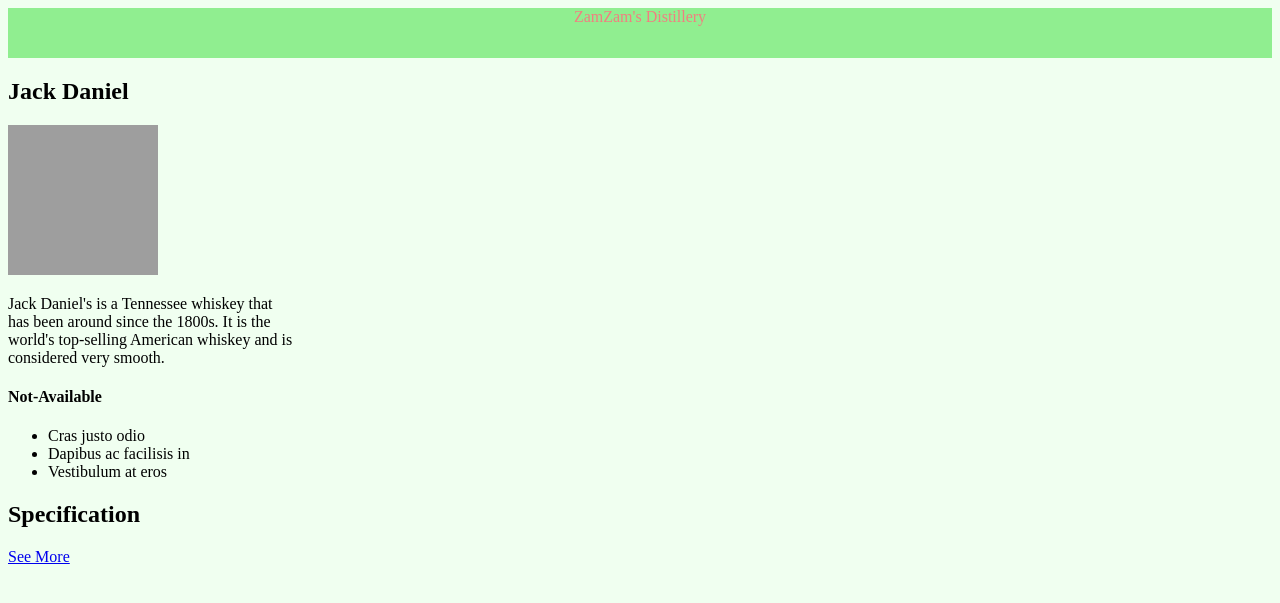
Repository: ZamlZam/REPO-11
Page: product-cards/index.html
The author's editor kept a copy of each file at every save. The page is drawn from the files as they stood at one save, then again after a run of saves.
The browser window is 1280 px wide. The pictures show the whole page.
Pictures or frames that could not be fetched are drawn as grey boxes.

Above is the page before, as saved 2023-04-13 13:28:20.

After the next 2 saves:
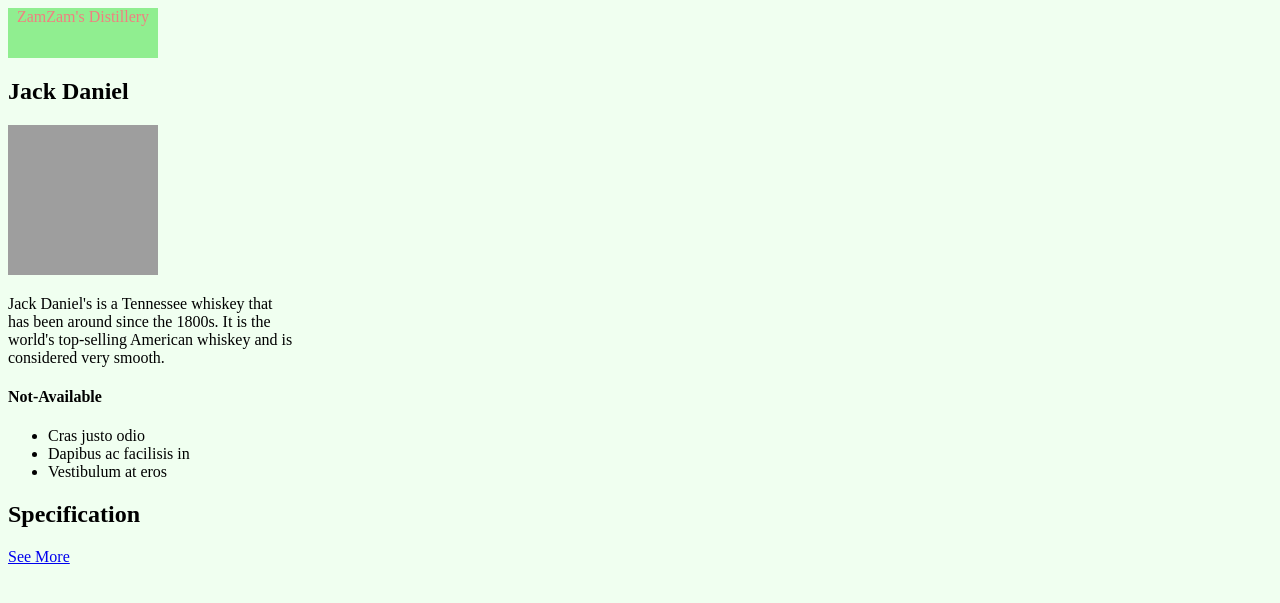
The 2 saves are shown as one change because they came seconds apart.
The last was saved 40 s later.
--- a/product-cards/main.css
+++ b/product-cards/main.css
@@ -3,7 +3,7 @@
 }
 
 .wrapper .header {
-  width: 100%;
+  width: 150px;
   height: 50px;
   background: lightgreen;
   color: lightcoral;

After the 4 saves that followed:
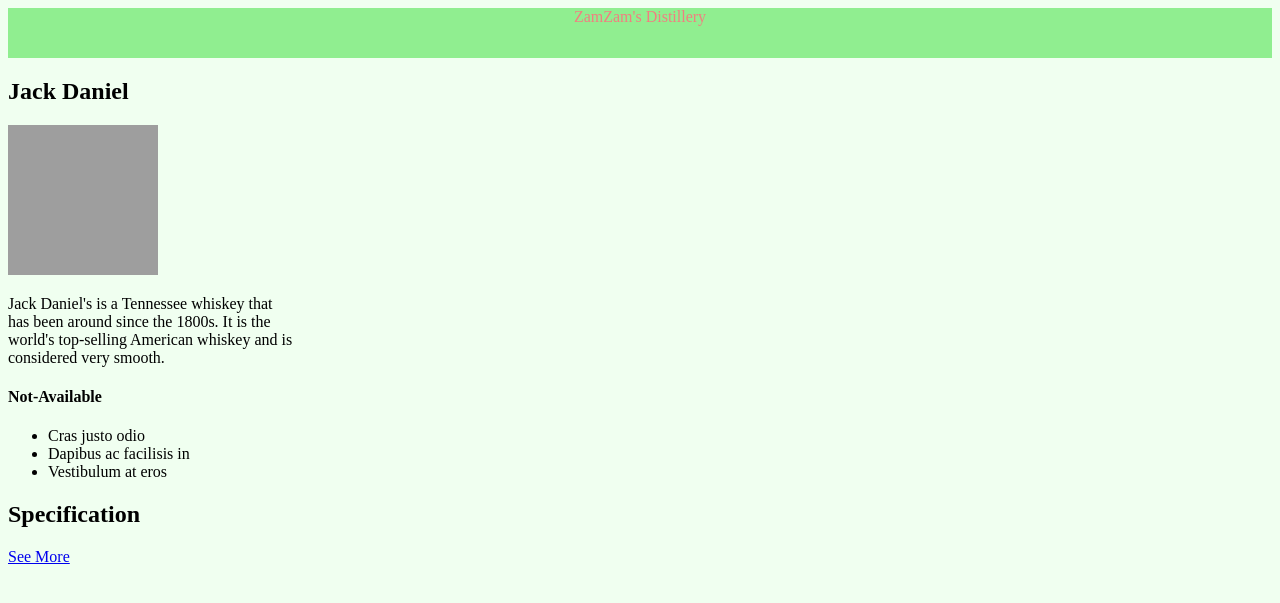
The 4 saves are shown as one change because they came seconds apart.
The last was saved 41 s later.
--- a/product-cards/main.css
+++ b/product-cards/main.css
@@ -3,7 +3,7 @@
 }
 
 .wrapper .header {
-  width: 150px;
+  width: 100%;
   height: 50px;
   background: lightgreen;
   color: lightcoral;
